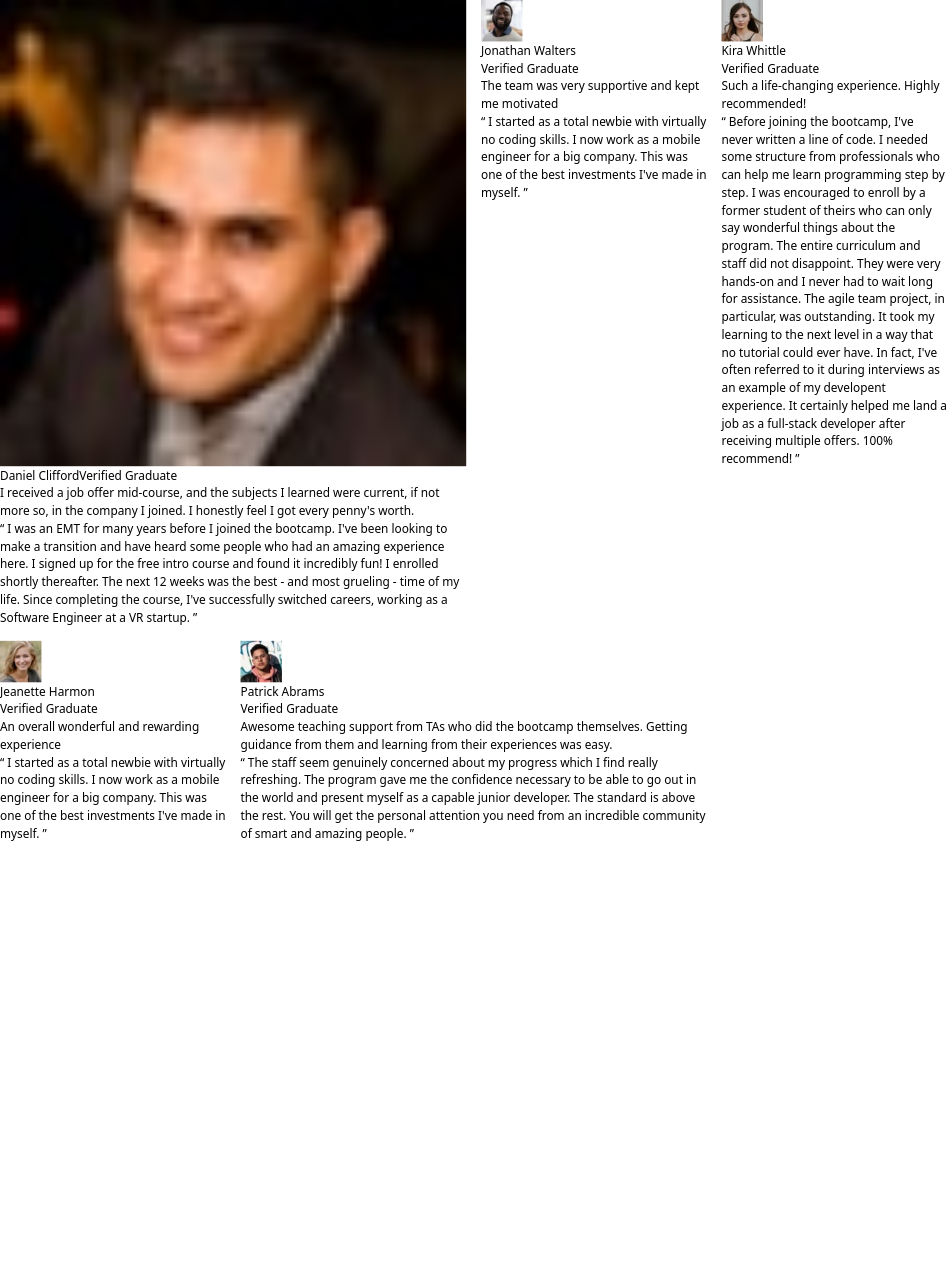
Repository: DiyBookOfLife/ps-FrontendMentor
Page: index.html
The author's editor kept a copy of each file at every save. The page is drawn from the files as they stood at one save, then again after the next save.
The browser window is 1280 px wide. The pictures show the whole page, at 74% of full size.
Some web libraries are served in a nearby version.

Above is the page before, as saved 2026-01-02 13:23:00.

### index.html
<!DOCTYPE html>
<html lang="en">

<head>
  <meta charset="UTF-8">
  <meta name="viewport" content="width=device-width, initial-scale=1.0">
  <!-- displays site properly based on user's device -->

  <link rel="icon" type="image/png" sizes="32x32" href="./images/favicon-32x32.png">

  <title>Frontend Mentor | [Challenge Name Here]</title>

  <link rel="preconnect" href="https://fonts.googleapis.com">
  <link rel="preconnect" href="https://fonts.gstatic.com" crossorigin>
  <link href="https://fonts.googleapis.com/css2?family=Barlow+Semi+Condensed:ital,wght@0,100;0,200;0,300;0,400;0,500;0,600;0,700;0,800;0,900;1,100;1,200;1,300;1,400;1,500;1,600;1,700;1,800;1,900&display=swap" rel="stylesheet">

  <!-- <link rel="stylesheet" href="./styles.css"> -->
  <script src="https://cdn.tailwindcss.com"></script>
</head>

<body>
  <main>
    <section class="grid grid-cols-4 grid-rows-2 gap-[20px]">
      <div class="col-start-1 col-end-3">
        <div class="flex flex-col h-[40]">
          <img src="./images/image-daniel.jpg" alt="picture of daniel">
          <div class="flex">
            <div>Daniel Clifford</div>
            <div>Verified Graduate</div>
          </div>
        </div>

        <p>
          I received a job offer mid-course, and the subjects I learned were current, if not more so,
          in the company I joined. I honestly feel I got every penny's worth.
        </p>

        <p>
          “ I was an EMT for many years before I joined the bootcamp. I've been looking to make a
          transition and have heard some people who had an amazing experience here. I signed up
          for the free intro course and found it incredibly fun! I enrolled shortly thereafter.
          The next 12 weeks was the best - and most grueling - time of my life. Since completing
          the course, I've successfully switched careers, working as a Software Engineer at a VR startup. ”
        </p>
      </div>

      <div class="card" id="jonathan_card">
        <div class="profile">
          <img src="./images/image-jonathan.jpg" alt="picture of jonathan">
          <div>
            <div>Jonathan Walters</div>
            <div>Verified Graduate</div>
          </div>
        </div>

        <p>
          The team was very supportive and kept me motivated
        </p>

        <p>
          “ I started as a total newbie with virtually no coding skills. I now work as a mobile engineer
          for a big company. This was one of the best investments I've made in myself. ”
        </p>
      </div>



      <div class="card" id="jeanette_card">
        <div class="profile">
          <img src="./images/image-jeanette.jpg" alt="picture of jeanette">
          <div>
            <div>Jeanette Harmon</div>
            <div>Verified Graduate</div>
          </div>
        </div>

        <p>
          An overall wonderful and rewarding experience
        </p>

        <p>
          “ I started as a total newbie with virtually no coding skills. I now work as a mobile engineer
          for a big company. This was one of the best investments I've made in myself. ”
        </p>
      </div>


      <div class="col-start-2 col-end-4">
        <div class="profile">
          <img src="./images/image-patrick.jpg" alt="picture of patrick">
          <div>
            <div>Patrick Abrams</div>
            <div>Verified Graduate</div>
          </div>
        </div>

        <p>
          Awesome teaching support from TAs who did the bootcamp themselves. Getting guidance from them and
          learning from their experiences was easy.
        </p>

        <p>
          “ The staff seem genuinely concerned about my progress which I find really refreshing. The program
          gave me the confidence necessary to be able to go out in the world and present myself as a capable
          junior developer. The standard is above the rest. You will get the personal attention you need from
          an incredible community of smart and amazing people. ”
        </p>
      </div>



      <div class="col-start-4 col-end-5 row-start-1 row-end-3">
        <div class="profile">
          <img src="./images/image-kira.jpg" alt="picture of kira">
          <div>
            <div>Kira Whittle</div>
            <div>Verified Graduate</div>
          </div>
        </div>

        <p>
          Such a life-changing experience. Highly recommended!
        </p>

        <p>
          “ Before joining the bootcamp, I've never written a line of code. I needed some structure from
          professionals who can help me learn programming step by step. I was encouraged to enroll by a former
          student of theirs who can only say wonderful things about the program. The entire curriculum and staff
          did not disappoint. They were very hands-on and I never had to wait long for assistance. The agile team
          project, in particular, was outstanding. It took my learning to the next level in a way that no tutorial
          could ever have. In fact, I've often referred to it during interviews as an example of my developent
          experience. It certainly helped me land a job as a full-stack developer after receiving multiple offers.
          100% recommend! ”
        </p>
      </div>

    </section>
  </main>
</body>

</html>

After the next save:
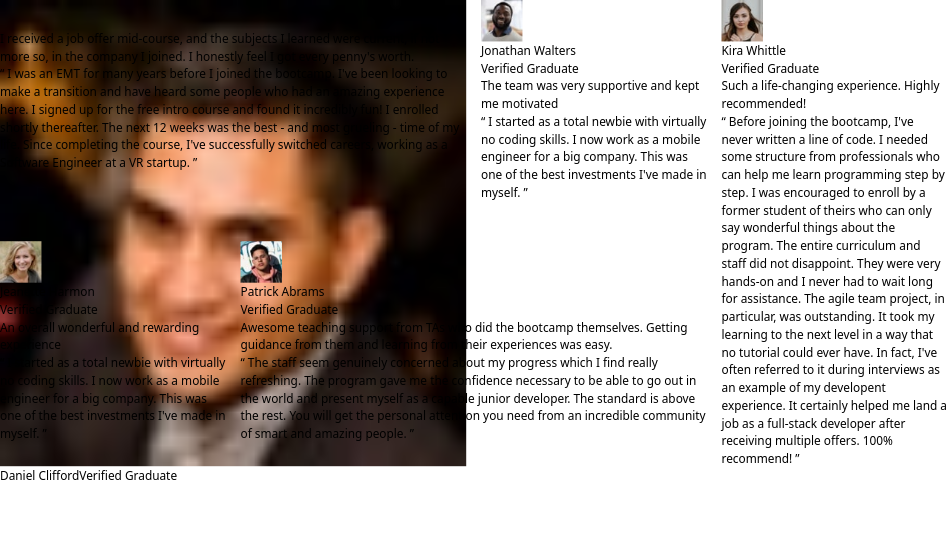
Saved 5 s later.
--- a/index.html
+++ b/index.html
@@ -22,7 +22,7 @@
   <main>
     <section class="grid grid-cols-4 grid-rows-2 gap-[20px]">
       <div class="col-start-1 col-end-3">
-        <div class="flex flex-col h-[40]">
+        <div class="flex flex-col h-[40px]">
           <img src="./images/image-daniel.jpg" alt="picture of daniel">
           <div class="flex">
             <div>Daniel Clifford</div>

After the save that followed:
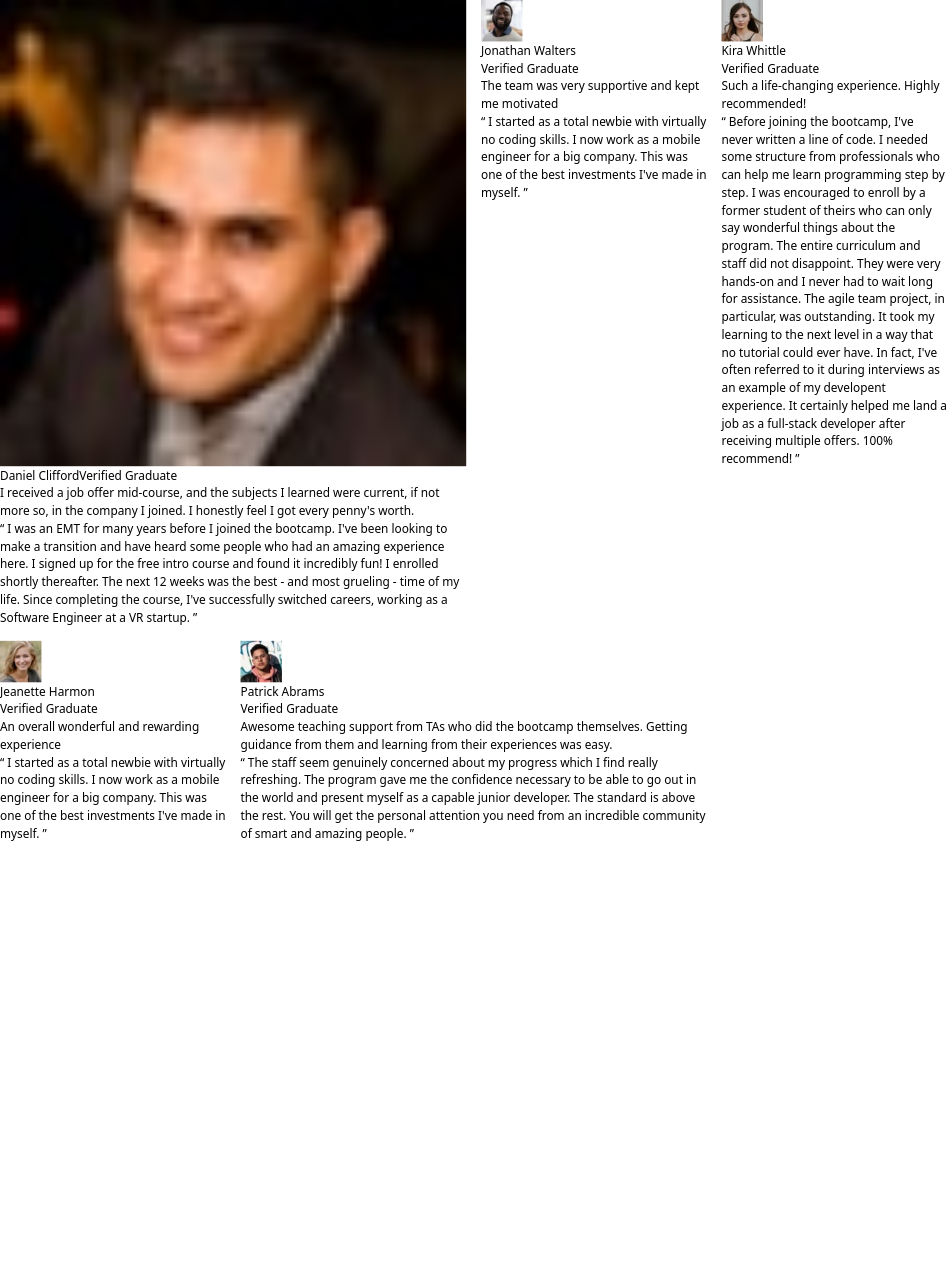
Saved 74 s later.
--- a/index.html
+++ b/index.html
@@ -22,7 +22,7 @@
   <main>
     <section class="grid grid-cols-4 grid-rows-2 gap-[20px]">
       <div class="col-start-1 col-end-3">
-        <div class="flex flex-col h-[40px]">
+        <div class="flex flex-col">
           <img src="./images/image-daniel.jpg" alt="picture of daniel">
           <div class="flex">
             <div>Daniel Clifford</div>
